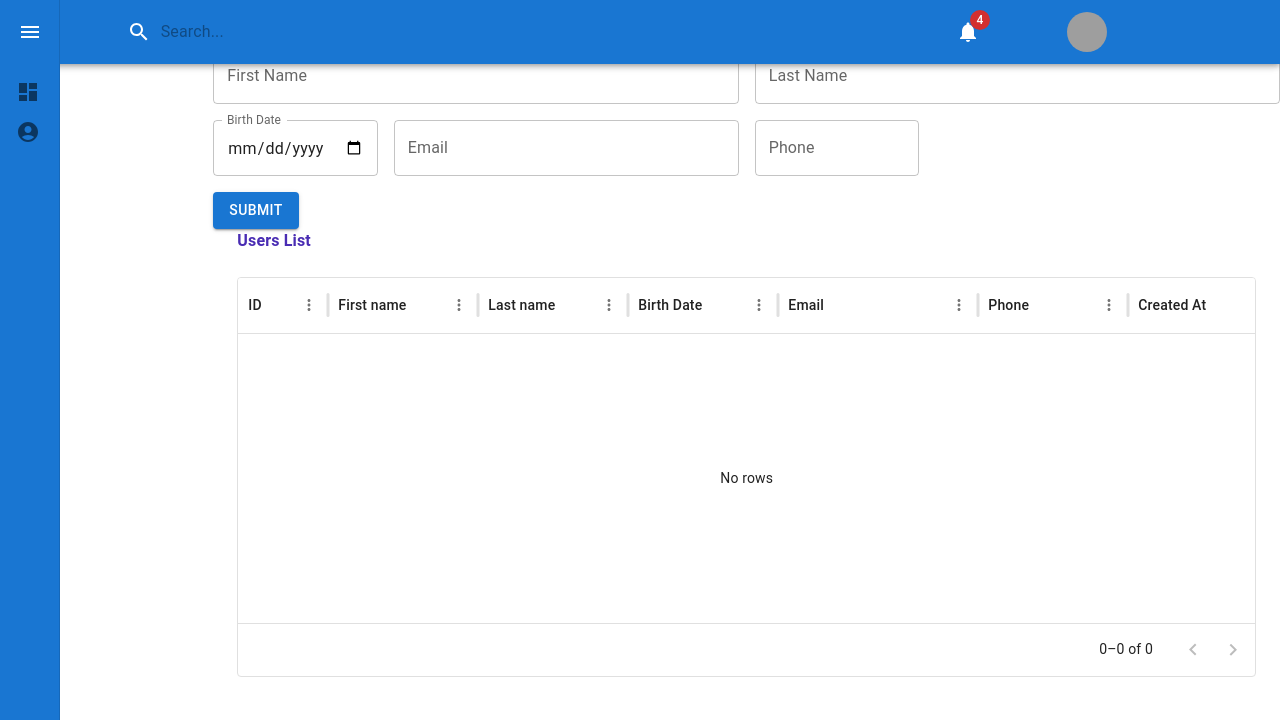
Repository: lenx0/front-client-manager
Page: /
The author's editor kept a copy of each file at every save. The page is drawn from the files as they stood at one save, then again after the next save.
The browser window is 1280 px wide. The pictures show the whole page.
Pictures or frames that could not be fetched are drawn as grey boxes. The page's requests for data from a server got no answer. The project was rebuilt for these pictures with package versions that can differ from the ones it lists, and the page was loaded fresh each time. No one was signed in, and anything a server would have sent is missing. Also part of the build but not shown: vite.config.js, src/App.css.

Above is the page before, as saved 2024-06-25 13:15:28.

### index.html
<!doctype html>
<html lang="en">
  <head>
    <meta charset="UTF-8" />
    <meta name="viewport" content="width=device-width, initial-scale=1.0" />
    <title>Client Manager</title>
  </head>
  <body>
    <div id="root"></div>
    <script type="module" src="/src/main.jsx"></script>
  </body>
</html>

### src/App.jsx
import { Box, Grid } from '@mui/material'
import './App.css'
import UserForm from './components/UserForm'
import UserList from './components/UserList'
import Header from './components/Layout/Header'
import Sidebar from './components/Layout/Sidebar'

function App() {

  return (
    <Grid container>
      <Grid item xs={12}>
        <Header />
      </Grid>
      <Grid item xs={2}>
        <Sidebar />
      </Grid>
      <Grid item xs={10}>
        <UserForm />
        <UserList />
      </Grid>
    </Grid>
  )
}

export default App

### src/components/UserForm.jsx
import React from 'react';
import { useForm } from 'react-hook-form';
import CustomInput from './CustomInput';
import { Button, Grid, Typography } from '@mui/material';
import axios from 'axios';

const UserForm = () => {
  const { handleSubmit, control, reset } = useForm();

  const onSubmit = async (data) => {
    try {
      const response = await axios.post('http://localhost:3100/v1/users/create', data);
      console.log('Dados enviados com sucesso:', response.data);
      reset();
    } catch (error) {
      console.error('Erro ao enviar dados:', error);
    }
  };

  return (
    <Grid container direction="column" xs={12}>
      <Typography fontWeight={700} pb={3} color="#492cb3">
        General Details
      </Typography>
      <form onSubmit={handleSubmit(onSubmit)}>
        <Grid container spacing={2}>
          <Grid item xs={6}>
            <CustomInput
              name="firstName"
              control={control}
              label="First Name"
              rules={{ required: 'First name is required' }}
            />
          </Grid>
          <Grid item xs={6}>
            <CustomInput
              name="lastName"
              control={control}
              label="Last Name"
              rules={{ required: 'Last name is required' }}
            />
          </Grid>
          <Grid item xs={2}>
            <CustomInput
              name="birthDate"
              control={control}
              label="Birth Date"
              placeHolder="none"
              type="date"
              rules={{ required: 'Birth date is required' }}
              defaultValue=""
            />
          </Grid>
          <Grid item xs={4}>
            <CustomInput
              name="email"
              control={control}
              label="Email"
              type="email"
              rules={{
                required: 'Email is required',
                pattern: {
                  value: /^[a-zA-Z0-9_.+-]+@[a-zA-Z0-9-]+\.[a-zA-Z0-9-.]+$/,
                  message: 'Enter a valid email address',
                },
              }}
            />
          </Grid>
          <Grid item xs={2}>
            <CustomInput
              name="phone"
              control={control}
              label="Phone"
              rules={{ required: 'Phone number is required' }}
            />
          </Grid>
          <Grid item xs={12}>
            <Button type="submit" variant="contained" color="primary">
              Submit
            </Button>
          </Grid>
        </Grid>
      </form>
    </Grid>
  );
};

export default UserForm;

### src/components/UserList/index.jsx
import React, { useState, useEffect } from 'react';
import { DataGrid } from '@mui/x-data-grid';
import axios from 'axios';
import { Box, Container, Typography } from '@mui/material';

const UserList = () => {
  const [users, setUsers] = useState([]);
  const [loading, setLoading] = useState(true);

  useEffect(() => {
    const fetchUsers = async () => {
      try {
        const response = await axios.get('http://localhost:3100/v1/users/list');
        setUsers(response.data);
        setLoading(false);
      } catch (error) {
        console.error('Erro ao buscar usuários:', error);
        setLoading(false);
      }
    };

    fetchUsers();
  }, []);

  const columns = [
    { field: 'id', headerName: 'ID', width: 90 },
    { field: 'firstName', headerName: 'First name', width: 150 },
    { field: 'lastName', headerName: 'Last name', width: 150 },
    { field: 'birthDate', headerName: 'Birth Date', width: 150 },
    { field: 'email', headerName: 'Email', width: 200 },
    { field: 'phone', headerName: 'Phone', width: 150 },
    { field: 'moment', headerName: 'Created At', width: 180 },
  ];

  const rows = users.map((user, index) => ({
    id: index + 1,
    ...user,
  }));

  return (
    <Container>
      <Typography fontWeight={700} pb={3} color="#492cb3">Users List</Typography>
      <Box style={{ height: 400, width: '100%' }}>
        <DataGrid
          rows={rows}
          columns={columns}
          pageSize={5}
          rowsPerPageOptions={[5]}
          loading={loading}
          pagination
          paginationMode="client"
          initialState={{
            pagination: {
              paginationModel: { page: 1, pageSize: 5 }
            },
            sorting: {
              sortModel: [{ field: 'orderDate', sort: 'desc' }]
            }
          }}
        />
      </Box>
    </Container>
  );
};

export default UserList;

### src/components/Layout/Header.jsx
import React from 'react';
import { AppBar, Toolbar, InputBase, IconButton, Badge, Avatar, Grid } from '@mui/material';
import { Menu as MenuIcon, Search as SearchIcon, Notifications as NotificationsIcon, AccountCircle as AccountCircleIcon } from '@mui/icons-material';

const Header = () => {
  return (
    <AppBar position="fixed" sx={{ bgcolor: 'primary.main' }}>
      <Toolbar>
        <Grid container alignItems="center">
          <Grid item xs={1}>
            <IconButton
              size="large"
              edge="start"
              color="inherit"
              aria-label="open drawer"
            >
              <MenuIcon />
            </IconButton>
          </Grid>
          <Grid item xs={8}>
            <div style={{ display: 'flex', alignItems: 'center' }}>
              <SearchIcon style={{ marginRight: '10px' }} />
              <InputBase
                placeholder="Search..."
                inputProps={{ 'aria-label': 'search' }}
                fullWidth
              />
            </div>
          </Grid>
          <Grid item xs={1}>
            <IconButton color="inherit">
              <Badge badgeContent={4} color="error">
                <NotificationsIcon />
              </Badge>
            </IconButton>
          </Grid>
          <Grid item xs={1}>
            <Avatar alt="User Avatar" src="/avatar.jpg" sx={{ ml: 2 }} />
          </Grid>
        </Grid>
      </Toolbar>
    </AppBar>
  );
};

export default Header;

### src/components/Layout/Sidebar.jsx
import React, { useState } from 'react';
import { Drawer, List, ListItem, ListItemIcon, ListItemText, IconButton } from '@mui/material';
import { Dashboard as DashboardIcon, AccountCircle as AccountCircleIcon, Menu as MenuIcon } from '@mui/icons-material';

const Sidebar = () => {
    const [open, setOpen] = useState(false);

    const toggleDrawer = () => {
        setOpen(!open);
    };

    const handleListItemClick = () => {
        setOpen(true); // Expande o Drawer ao clicar em qualquer item da lista
    };

    return (
        <Drawer
            variant="permanent"
            sx={{
                width: open ? 240 : 60,
                flexShrink: 0,
                '& .MuiDrawer-paper': {
                    width: open ? 240 : 60,
                    boxSizing: 'border-box',
                    transition: 'width 0.3s ease-in-out',
                    bgcolor: 'primary.main',
                    color: 'white',
                },
            }}
        >
            <div style={{ display: 'flex', justifyContent: 'center', alignItems: 'center', height: '64px' }}>
                <IconButton onClick={toggleDrawer} sx={{ color: 'white' }}>
                    <MenuIcon />
                </IconButton>
            </div>
            <List>
                <ListItem button onClick={handleListItemClick}>
                    <ListItemIcon>
                        <DashboardIcon />
                    </ListItemIcon>
                    {open && <ListItemText primary="Dashboard" />}
                </ListItem>
                <ListItem button onClick={handleListItemClick}>
                    <ListItemIcon>
                        <AccountCircleIcon />
                    </ListItemIcon>
                    {open && <ListItemText primary="Profile" />}
                </ListItem>
            </List>
        </Drawer>
    );
};

export default Sidebar;

### src/components/CustomInput.jsx
import React from 'react';
import { Controller } from 'react-hook-form';
import TextField from '@mui/material/TextField';

const CustomInput = ({ name, control, label, type = 'text', rules, defaultValue = '' }) => {
  return (
    <Controller
      name={name}
      control={control}
      defaultValue={defaultValue}
      rules={rules}
      render={({ field, fieldState: { error } }) => (
        <TextField
          {...field}
          label={label}
          type={type}
          error={!!error}
          helperText={error ? error.message : null}
          variant="outlined"
          InputLabelProps={type === 'date' ? { shrink: true } : {}}
          fullWidth
        />
      )}
    />
  );
};

export default CustomInput;

Loaded but not shown: src/main.jsx (common file); src/index.css (common file)

After the next save:
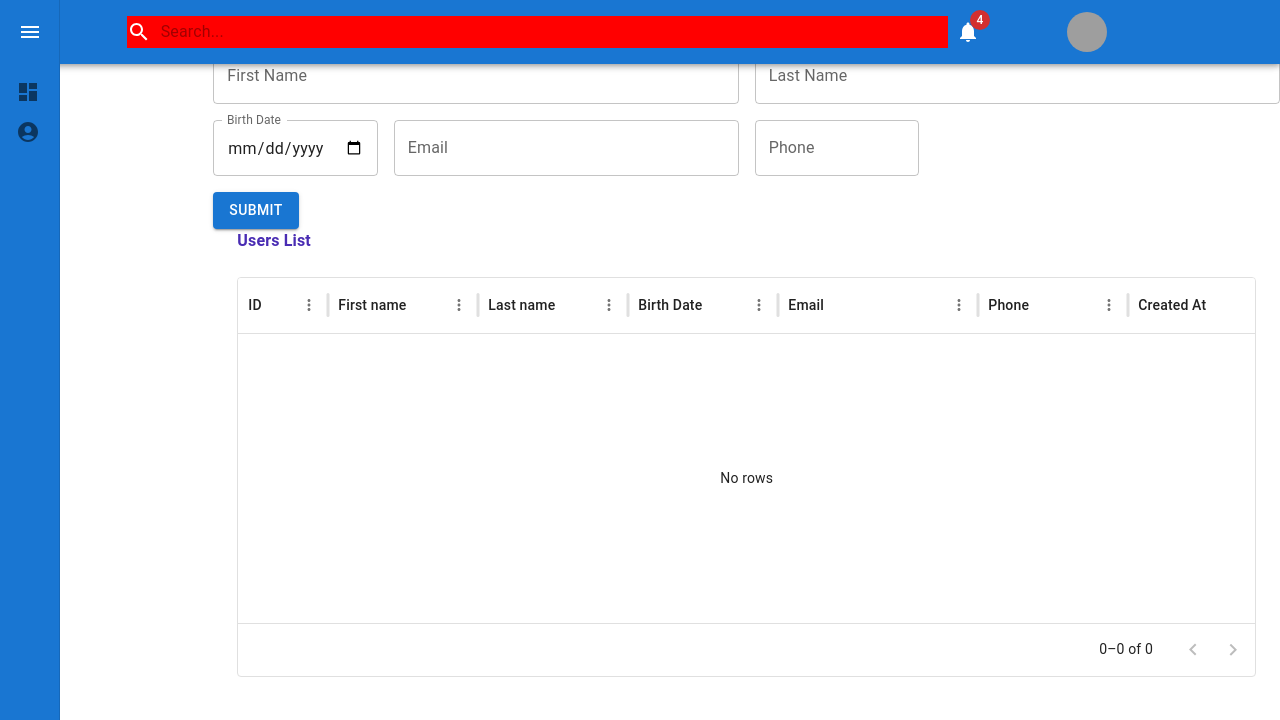
Saved 31 s later.
--- a/src/components/Layout/Header.jsx
+++ b/src/components/Layout/Header.jsx
@@ -17,7 +17,7 @@ const Header = () => {
               <MenuIcon />
             </IconButton>
           </Grid>
-          <Grid item xs={8}>
+          <Grid item xs={8} backgroundColor="red">
             <div style={{ display: 'flex', alignItems: 'center' }}>
               <SearchIcon style={{ marginRight: '10px' }} />
               <InputBase
